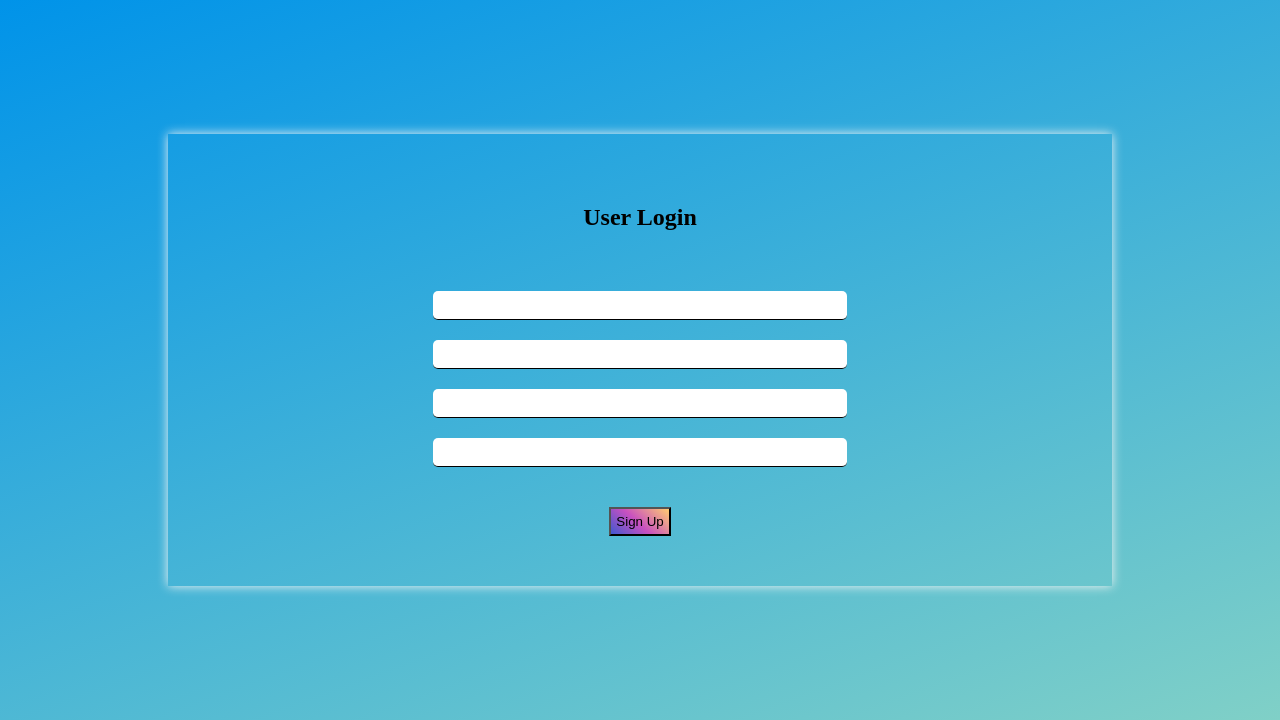
Repository: devSkhandelwal/job-search
Page: /login
An editor plug-in stored every save of this project. The page is shown before and after the next save, followed by the edit.
The browser window is 1280 px wide. The pictures show the whole page.
The project was rebuilt for these pictures with package versions that can differ from the ones it lists, and the page was loaded fresh each time. Also part of the build but not shown: src/actions/jobAction.js, src/components/FormElement/ApplyForm.js, src/containers/JobDetailsContainer.js, src/containers/JobFilterContainer.js, src/components/JobItem.js, src/components/JobList.js, src/containers/JobListContainer.js.

Above is the page before, as saved 2021-05-04 09:35:43.

### src/index.js
import React from 'react';
import ReactDOM from 'react-dom';
import './index.css';
import App from './App';
import {Provider} from 'react-redux'
import store from './store';

ReactDOM.render(
    <Provider store={store}>
      <App />
    </Provider>,
  document.getElementById('root')
);

### src/index.css
*{
  margin: 0;
  padding: 0;
  box-sizing: border-box;
}

.container{
  width: 100%;
  padding: 0 50px;
  display: flex;
  flex-direction: column;
  align-items: center;
  justify-content: center;
}

### src/App.js
import {BrowserRouter as Router, Route, Switch} from 'react-router-dom';
import JobDetailsContainer from './containers/JobDetailsContainer';
import JobFilterContainer from './containers/JobFilterContainer';
import JobListContainer from './containers/JobListContainer';
import LoginContainer from './containers/LoginContainer';

function App() {
  return (
    <Router>
      <Switch>
        <Route path="/login" component = {LoginContainer}/>
        <Route path="/job/filter" component={JobFilterContainer}/>
        <Route path="/jobs" component={JobListContainer} />
        <Route path="/job/details/:jobId" component={JobDetailsContainer}/>
      </Switch>
    </Router>
  );
}

export default App;

### src/store.js
import {combineReducers,createStore,applyMiddleware} from 'redux';
import thunk from 'redux-thunk';
import {composeWithDevTools} from 'redux-devtools-extension'
import { userLoginReducer } from './reducers/userReducer';
import { jobDetailsReducer, jobListReducer } from './reducers/jobReducers';


const reducers = combineReducers({
    login:userLoginReducer,
    jobList:jobListReducer,
    jobDetails:jobDetailsReducer
});

const userFromStorage = localStorage.getItem('userInfo') ? JSON.parse(localStorage.getItem('userInfo')) :null

const initialState = {
    login:{userInfo:userFromStorage}
}


const middleware = [thunk]


const store = createStore(
    reducers,
    initialState,
    composeWithDevTools(applyMiddleware(...middleware))
)

export default store;

### src/containers/LoginContainer.js
import React, { useState,useEffect } from 'react';
import {useDispatch,useSelector} from 'react-redux'
import {useHistory} from 'react-router-dom'

import { userLoginAction } from '../actions/userActions';
import Card from '../components/Card/Card';
import './LoginContainer.css'
import Button from '../components/FormElement/Button'
import Input from '../components/FormElement/Input'

const LoginContainer = () => {

    const [name,setName] = useState('');
    const [email,setEmail] = useState('');
    const [password,setPassword] = useState('');
    const [confirmPassword,setConfirmPassword] = useState('');
    const [message,setMessage] = useState('')



    const history = useHistory();
    const dispatch = useDispatch();
    const user = useSelector(state=>state.login);

    const {userInfo,loading,error} = user;
    console.log(user)


    useEffect(()=>{
        if(userInfo){
            history.push('/')
        }
    },[userInfo,history])

    const submitHandler = (e) => {
        e.preventDefault();
        if(name === '' || email ==='' || password === '' || confirmPassword === '' ){
            setMessage('Required all fields')
        }

        if(password === confirmPassword){
            setMessage('Password does not match')
        }

        dispatch(userLoginAction(name,email))



    }

    return (
        <div className="container login__container">
            <Card>
                <h2>User Login </h2>
                <form onSubmit={submitHandler} className="form">
                    <Input
                        element="input"
                        id="name"
                        name="Name"
                        type="text"
                        value={name}
                        onChange={(e)=>setName(e.target.value)}
                    />
                    <Input
                        element="input"
                        id="email"
                        name="Email"
                        type="email"
                        value={email}
                        onChange={(e)=>setEmail(e.target.value)}
                    />
                    <Input
                        element="input"
                        id="password"
                        name="Password"
                        type="password"
                        value={password}
                        onChange={(e)=>setPassword(e.target.value)}
                    />
                    <Input
                        element="input"
                        id="confirmPassword"
                        name="Confirm Password"
                        type="password"
                        value={confirmPassword}
                        onChange={(e)=>setConfirmPassword(e.target.value)}
                    />
                    <Button type="submit" varient="full">
                        Sign Up
                    </Button>
                </form>
            </Card>
        </div>
    )
}

export default LoginContainer

### src/reducers/userReducer.js
import { USER_LOGIN_FAIL, USER_LOGIN_REQUEST, USER_LOGIN_SUCCESS } from "../constants/userConstants";

export const userLoginReducer = (state={},action) => {
    switch(action.type){
        case USER_LOGIN_REQUEST:
            return {
                loading:true
            }
        case USER_LOGIN_SUCCESS:
            return{
                loading:false,
                userInfo:action.payload
            }
        case USER_LOGIN_FAIL:
            return{
                loading:false,
                error:action.payload
            }
        default:
            return state
    }
}

### src/reducers/jobReducers.js
import { JOB_DETAILS_FAIL, JOB_DETAILS_REQUEST, JOB_DETAILS_SUCCESS, JOB_LIST_FAIL, JOB_LIST_REQUEST, JOB_LIST_SUCCESS } from "../constants/jobsConstants";

export const jobListReducer = (state={jobs:[]},action) => {
    switch(action.type){
        case JOB_LIST_REQUEST:
            return {loading:true,jobs:[]};
        case JOB_LIST_SUCCESS:
            return {
                loading:false,
                jobs:action.payload
            }
        case JOB_LIST_FAIL:
            return {
                loading:false,
                error:action.payload
            }
        default:
            return state
    };
};



export const jobDetailsReducer = (state={job:{}},action) => {
    switch(action.type){
        case JOB_DETAILS_REQUEST:
            return {loading:true};
        case JOB_DETAILS_SUCCESS:
            return {
                loading:false,
                job:action.payload
            }
        case JOB_DETAILS_FAIL:
            return {
                loading:false,
                error:action.payload
            }
        default:
            return state
    };
};

### src/components/FormElement/Button.js
import React from 'react';
import './Button.css'

const Button = ({type,varient,children}) => {
    return (
        <>
            <button type={type} className={`button ${varient}`}>
                {children}
            </button>
        </>
    )
}

export default Button

### src/components/FormElement/Input.js
import React from 'react';

import './Input.css'

const Input = ({element,onChange,value,type,name,id}) => {

    const inputElement = element === 'input' ? (
        <input
            id={id}
            name={name}
            type={type}
            value={value}
            onChange={onChange}
        />
    ):null

    return (
        <div className="form-group">
            {inputElement}
        </div>
    )
}

export default Input

### src/actions/userActions.js
import {v4 as uuidV4} from 'uuid';

import { USER_LOGIN_FAIL, USER_LOGIN_REQUEST, USER_LOGIN_SUCCESS } from "../constants/userConstants"

export const userLoginAction = (name,email) => async(dispatch) => {
    try{
        dispatch({
            type:USER_LOGIN_REQUEST
        });

        const user= {
            id:uuidV4(),
            name,
            email
        }

        dispatch({
            type:USER_LOGIN_SUCCESS,
            payload:user
        });

        localStorage.setItem('userInfo',JSON.stringify(user))

    }catch(err){
        dispatch({
            type:USER_LOGIN_FAIL,
            payload:err
        })
    }

}

### src/components/Card/Card.js
import React from 'react';

import './Card.css'

const Card = ({children}) => {
    return (
        <div className="card">
            {children}
        </div>
    )
}

export default Card

### src/containers/LoginContainer.css
.form{
    display: flex;
    flex-direction: column;
    align-items: center;
    width: 100%;
}

.login__container{
    height: 100vh;
    background-color: #0093E9;
    background-image: linear-gradient(160deg, #0093E9 0%, #80D0C7 100%);
}

.login__container h2{
    text-align: center;
    margin: 50px 0;
}

### src/constants/userConstants.js

export const USER_LOGIN_REQUEST = 'USER_LOGIN_REQUEST'
export const USER_LOGIN_SUCCESS = 'USER_LOGIN_SUCCESS';
export const USER_LOGIN_FAIL = 'USER_LOGIN_FAIL';

### src/constants/jobsConstants.js
export const JOB_LIST_REQUEST = "JOB_LIST_REQUEST";
export const JOB_LIST_SUCCESS = "JOB_LIST_SUCCESS";
export const JOB_LIST_FAIL = "JOB_LIST_FAIL";



export const JOB_DETAILS_REQUEST = "JOB_DETAILS_REQUEST";
export const JOB_DETAILS_SUCCESS = "JOB_DETAILS_SUCCESS";
export const JOB_DETAILS_FAIL = "JOB_DETAILS_FAIL";

### src/components/FormElement/Button.css
.button{
    padding: 5px;
    margin: 30px;
}

.full{

    background-color: #4158D0;
    background-image: linear-gradient(43deg, #4158D0 0%, #C850C0 46%, #FFCC70 100%);
    ;
}

### src/components/FormElement/Input.css
.form-group{
    width: 70%;
    margin:10px 0;
    display: flex;
    justify-content: center;
}

.form-group input{
    border: none;
    outline: none;
    border-bottom:1px black solid ;
    padding:5px 10px;
    font-size: 16px;
    width: inherit;
    border-radius:5px;

}

### src/components/Card/Card.css
.card{
    width: 80%;
    box-shadow: 0px 0px 10px whitesmoke;
    padding: 20px 50px;

}

.card:hover{
    box-shadow: 0px 0px 30px whitesmoke;
}

Loaded but not shown: public/index.html (common file)

After the next save:
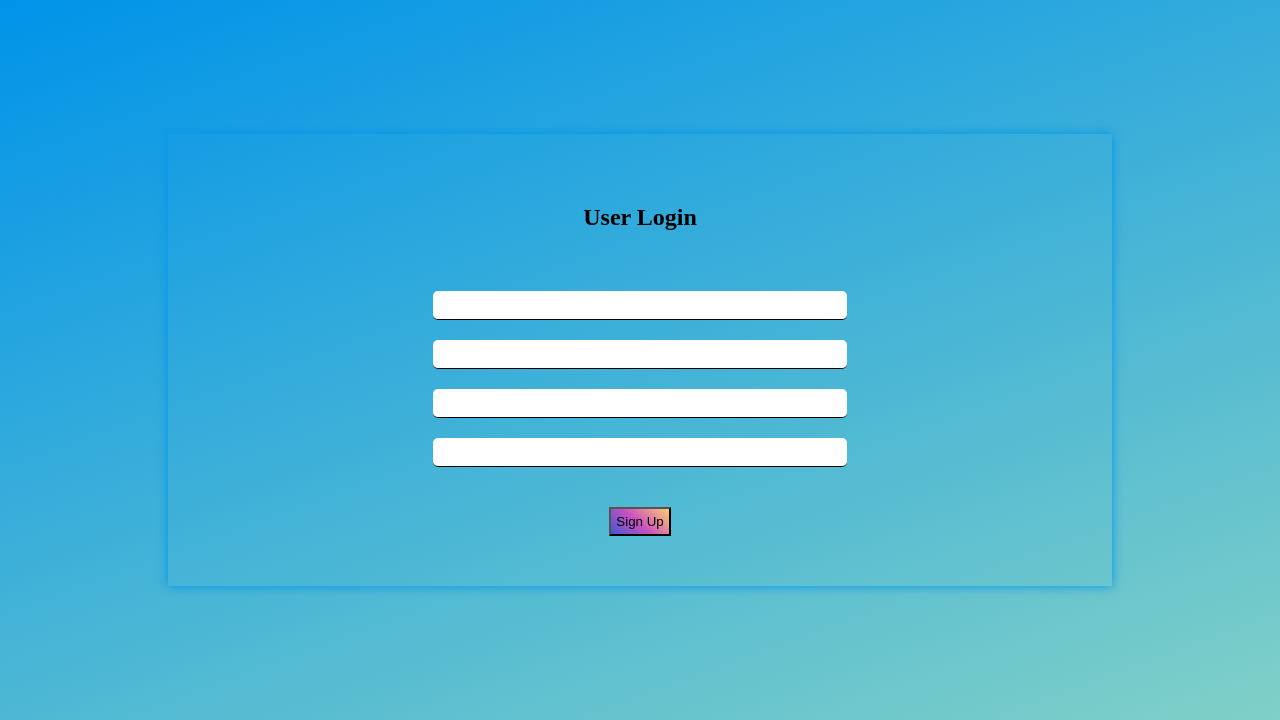
Saved 23 s later.
--- a/src/components/Card/Card.css
+++ b/src/components/Card/Card.css
@@ -1,10 +1,10 @@
 .card{
     width: 80%;
-    box-shadow: 0px 0px 10px whitesmoke;
+    box-shadow: 0px 0px 10px #0093E9;
     padding: 20px 50px;
 
 }
 
 .card:hover{
-    box-shadow: 0px 0px 30px whitesmoke;
+    box-shadow: 0px 0px 30px #0093E9;
 }
